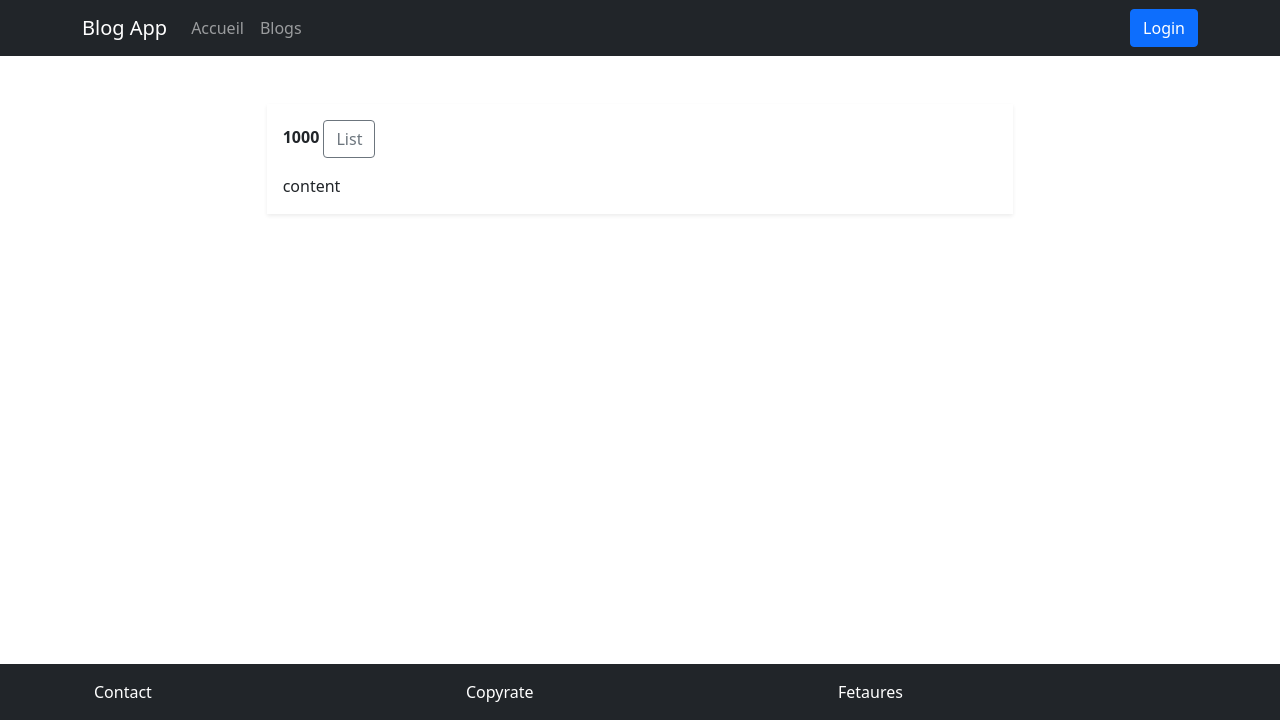
Repository: FS-23/laravel-blog-app
Page: http://localhost/blog/detail
An editor plug-in stored every save of this project. The page is shown before and after the next save, followed by the edit.
The browser window is 1280 px wide. The pictures show the whole page.
The page is served by the project's Laravel application, run on PHP 8.4 with Laravel 9. Other server files are loaded and not shown.

Above is the page before, as saved 2022-06-07 13:42:11.

### BlogApp/routes/web.php
<?php

use Illuminate\Support\Facades\Route;
use App\Http\Controllers\BlogController;
use App\Http\Controllers\ProductController;
use Illuminate\Http\Request;


Route::get('/', function () {
    return redirect('/blog/list');
});

Route::get('/home', function(){
    $user = ["name" =>  "Nour" , "level" =>  "A"];
    return view('home', $user);
});

Route::get('/blog' , function(){
    return view('blog.home');
});

Route::get('/blog/list' , [BlogController::class , 'index'] );

Route::get('/blog/create' , [BlogController::class  , 'create']);

Route::get('/blog/detail' , [BlogController::class , 'show']);

Route::post('/blog/store' , [BlogController::class , 'store']);

Route::get('/product' , [ProductController::class , 'index']);

Route::get('/user/create', function(){

    return view('user.create');
});
Route::post('/user/store',function(Request $request){
    dd($request -> all());
   // return 'hello world';
});

### BlogApp/app/Http/Controllers/BlogController.php
<?php

namespace App\Http\Controllers;

use Illuminate\Http\Request;
use App\Models\Blog;

// Blog::create(...)
// Blog::find(1)
//Blog::delete(2)
// Blog::all()


class BlogController extends Controller
{
    function index(){
        // $blog1 = new Blog2("Learn Python" ,  "Learn pyton with moha");
        // $blog2 = new Blog2("Learn CSS/HTML" ,  "Learn pyton with Youssef - Nour -Mohamed");
        // $blog3 = new Blog2("Learn PHP" ,  "Le lorem ipsum est, en imprimerie, une suite de mots sans signification utilisée à titre provisoire pour calibrer une mise en page, le texte définitif venant remplacer le faux-texte dès qu'il est prêt ou que la mise en page est achevée. Généralement, on utilise un texte en faux latin, le Lorem ipsum ou Lipsum.");
        // $blog4 = new Blog2("Learn React" ,  "Learn pyton with Karl");
        // $blogs = [$blog1 , $blog2 , $blog3 , $blog4];

        $allBlogs = Blog::all()    ; // select * from blogs
        return view('blog.list' , ["blogs" =>  $allBlogs]);
    }

    function store(Request $request){

       // dd($request -> all());
        // //......
        //  $formData = ["title" => "Learn java 123" , "content" => "Learn java with AKHENATON" , "categorie" => "JAVA"];

        $result =  Blog::create( $request -> all());


        return redirect('/blog/list');
    }

    function show(){
        $blog = ["title" => "Learn PWA" , "content" => "Learn PWA with Youssef"];
        return view('blog.detail', $blog);
    }


    function create(){
        return view('blog.create');
    }
}


class Blog2{
    public $title;
    public $content;

    function __construct($title , $content){
        $this -> title = $title;
        $this -> content = $content;
    }
}

### BlogApp/resources/views/blog/detail.blade.php

@extends('layout.layout')
@section('content')
    <div class="col-7 mt-5 m-auto shadow-sm p-3">
           <div>
               <strong>1000</strong>
               <button class="btn btn-outline-secondary">List</button>
           </div>
           <div class="mt-3">
               content
           </div>
    </div>
@endsection

### BlogApp/resources/views/layout/layout.blade.php
<!DOCTYPE html>
<html lang="en">
<head>
    <meta charset="UTF-8">
    <meta name="viewport" content="width=device-width, initial-scale=1.0">
    <meta http-equiv="X-UA-Compatible" content="ie=edge">
    <title>Blog App</title>
    <link rel="stylesheet" href="https://cdn.jsdelivr.net/npm/bootstrap@5.1.3/dist/css/bootstrap.min.css">
    <style>
        html , body {
            min-height: 100vh;
            position: relative;
            width: 100%
        }
        .footer {
            position: absolute;
            bottom: 0;
            width: 100%
        }
    </style>
</head>
<body>
    <nav class="navbar navbar-dark navbar-expand-lg bg-dark">
        <div class="container">
            <div class="navbar-brand">Blog App</div>
            <button class="navbar-toggler" data-bs-toggle="collapse" href="#navbar-container">
                <span class="navbar-toggler-icon"></span>
            </button>
            <div class="collapse navbar-collapse show" id="navbar-container">
                <ul class="navbar-nav">
                    <li class="nav-item">
                        <a href="/" class="nav-link">Accueil</a>
                    </li>
                    <li class="nav-item">
                        <a href="/blog/list" class="nav-link">Blogs</a>
                    </li>
                </ul>
            </div>

            <div>
                <button class="btn btn-primary">
                     Login
                </button>
            </div>

        </div>
    </nav>

    <div class="" style="padding-bottom: 100px">
        <section>
            @yield("content")
        </section>
    </div>

     <footer class="bg-dark text-white p-3 footer">
         <div class="container">
             <div class="row mx-0">
                    <div class="col-4">
                        <div> Contact</div>
                    </div>
                    <div class="col-4">
                        <div>Copyrate</div>
                    </div>
                    <div class="col-4">
                        <div>Fetaures</div>
                    </div>
             </div>
         </div>
     </footer>

    <script src="https://cdn.jsdelivr.net/npm/bootstrap@5.1.3/dist/js/bootstrap.min.js"></script>
</body>
</html>

Loaded but not shown: BlogApp/app/Http/Controllers/Controller.php (common file)

After the next save:
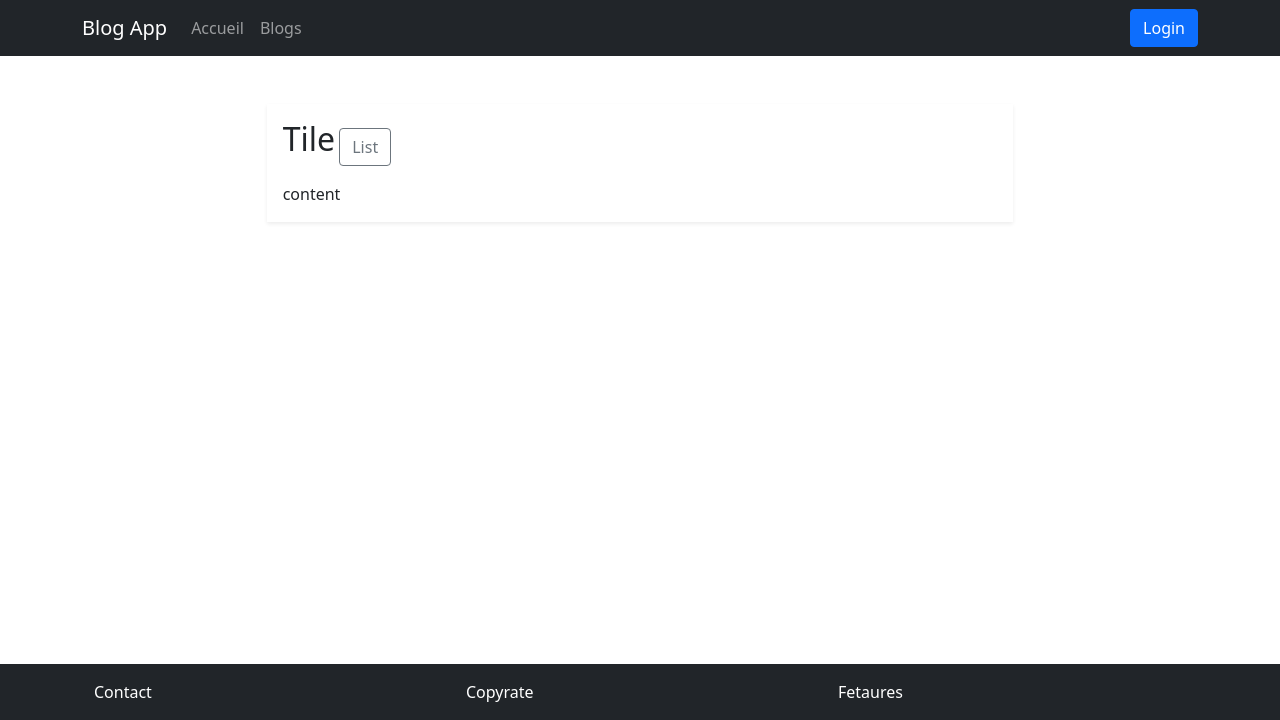
Saved 34 s later.
--- a/BlogApp/resources/views/blog/detail.blade.php
+++ b/BlogApp/resources/views/blog/detail.blade.php
@@ -3,7 +3,7 @@
 @section('content')
     <div class="col-7 mt-5 m-auto shadow-sm p-3">
            <div>
-               <strong>1000</strong>
+               <strong class="h2">Tile</strong>
                <button class="btn btn-outline-secondary">List</button>
            </div>
            <div class="mt-3">
